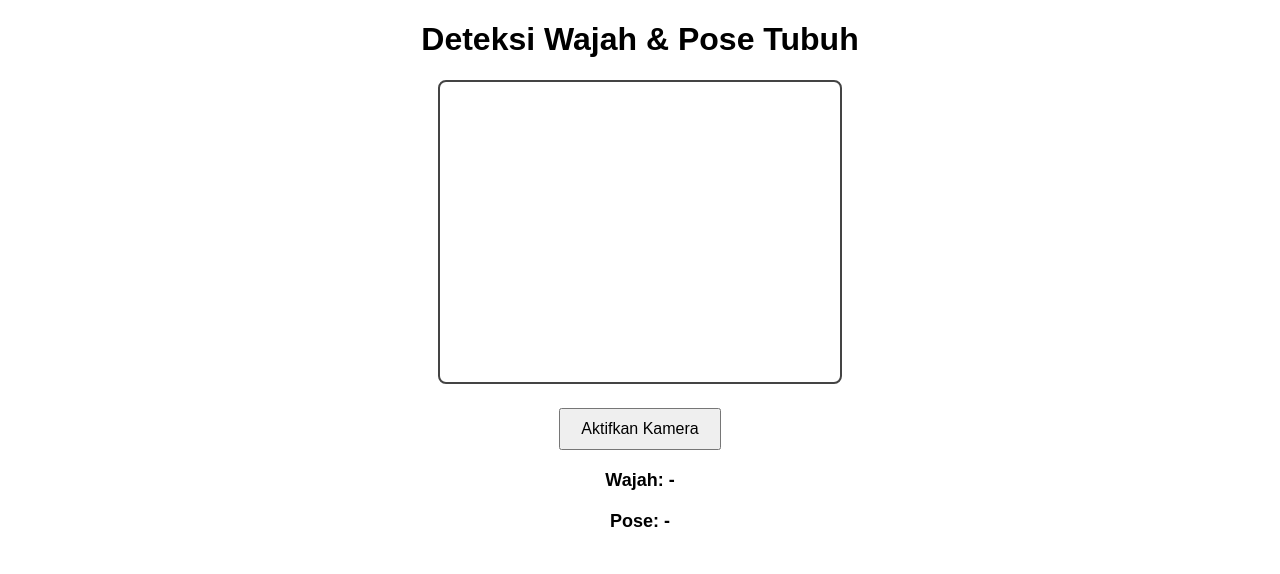
Repository: RalfyBawinto/working-teachable-machine
Page: index.html
The author's editor kept a copy of each file at every save. The page is drawn from the files as they stood at one save, then again after the next save.
The browser window is 1280 px wide. The pictures show the whole page.

Above is the page before, as saved 2025-04-21 22:00:48.

### index.html
<!DOCTYPE html>
<html lang="id">
  <head>
    <meta charset="UTF-8" />
    <title>Deteksi Wajah & Pose Tubuh</title>
    <style>
      body {
        font-family: Arial, sans-serif;
        text-align: center;
        margin-top: 20px;
      }
      video {
        border: 2px solid #444;
        border-radius: 8px;
        width: 400px;
        height: 300px;
      }
      .output {
        margin-top: 20px;
        font-size: 18px;
        font-weight: bold;
      }
      button {
        margin-top: 20px;
        padding: 10px 20px;
        font-size: 16px;
      }
    </style>
  </head>
  <body>
    <h1>Deteksi Wajah & Pose Tubuh</h1>
    <video id="webcam" autoplay playsinline muted></video>
    <br />
    <button onclick="startCamera()">Aktifkan Kamera</button>

    <div class="output" id="face-output">Wajah: -</div>
    <div class="output" id="pose-output">Pose: -</div>

    <!-- TensorFlow.js WAJIB untuk model pose -->
    <script src="https://cdn.jsdelivr.net/npm/@tensorflow/tfjs@3.9.0"></script>

    <!-- Teachable Machine Libraries -->
    <script src="https://cdn.jsdelivr.net/npm/@teachablemachine/image@0.8/dist/teachablemachine-image.min.js"></script>
    <script src="https://cdn.jsdelivr.net/npm/@teachablemachine/pose@0.8/dist/teachablemachine-pose.min.js"></script>

    <script>
      const faceModelURL =
        "https://teachablemachine.withgoogle.com/models/oTtv--EQC/";
      const poseModelURL =
        "https://teachablemachine.withgoogle.com/models/2yEqkW4kP/";

      let faceModel, poseModel, webcam;

      async function startCamera() {
        try {
          // Load models
          faceModel = await tmImage.load(
            faceModelURL + "model.json",
            faceModelURL + "metadata.json"
          );
          poseModel = await tmPose.load(
            poseModelURL + "model.json",
            poseModelURL + "metadata.json"
          );

          // Setup webcam
          const flip = true;
          webcam = new tmPose.Webcam(400, 300, flip);
          await webcam.setup();
          await webcam.play();
          document.getElementById("webcam").srcObject = webcam.webcam;
          window.requestAnimationFrame(loop);
        } catch (error) {
          alert("Gagal mengakses kamera atau model. Periksa izin kamera.");
          console.error(error);
        }
      }

      async function loop() {
        webcam.update();
        await predictFace();
        await predictPose();
        window.requestAnimationFrame(loop);
      }

      async function predictFace() {
        const prediction = await faceModel.predict(webcam.canvas);
        let result = prediction
          .map((p) => `${p.className}: ${(p.probability * 100).toFixed(1)}%`)
          .join(" | ");
        document.getElementById("face-output").innerText = "Wajah: " + result;
      }

      async function predictPose() {
        const { pose, posenetOutput } = await poseModel.estimatePose(
          webcam.canvas
        );
        const prediction = await poseModel.predict(posenetOutput);
        let highest = { className: "", probability: 0 };
        prediction.forEach((pred) => {
          if (pred.probability > highest.probability) {
            highest = pred;
          }
        });
        document.getElementById("pose-output").innerText = `Pose: ${
          highest.className
        } (${(highest.probability * 100).toFixed(1)}%)`;
      }
    </script>
  </body>
</html>

After the next save:
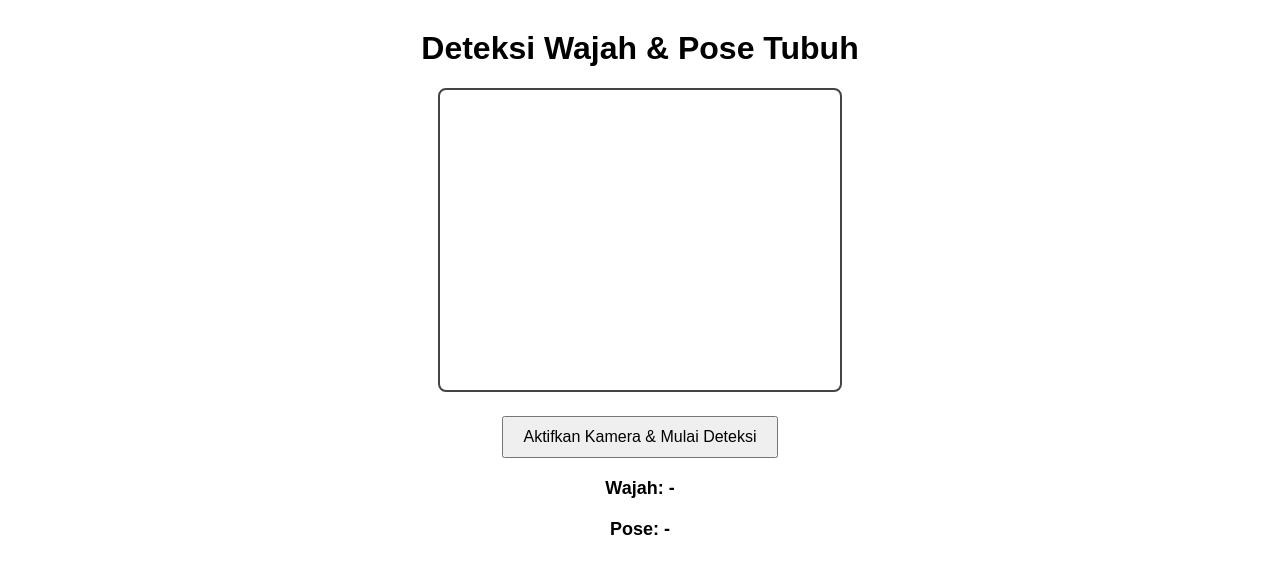
Saved 6 min 54 s later.
--- a/index.html
+++ b/index.html
@@ -7,7 +7,7 @@
       body {
         font-family: Arial, sans-serif;
         text-align: center;
-        margin-top: 20px;
+        margin-top: 30px;
       }
       video {
         border: 2px solid #444;
@@ -29,17 +29,18 @@
   </head>
   <body>
     <h1>Deteksi Wajah & Pose Tubuh</h1>
-    <video id="webcam" autoplay playsinline muted></video>
+    <video id="video" autoplay playsinline muted></video>
+    <canvas id="canvas" width="400" height="300" style="display: none"></canvas>
     <br />
-    <button onclick="startCamera()">Aktifkan Kamera</button>
+    <button onclick="start()">Aktifkan Kamera & Mulai Deteksi</button>
 
     <div class="output" id="face-output">Wajah: -</div>
     <div class="output" id="pose-output">Pose: -</div>
 
-    <!-- TensorFlow.js WAJIB untuk model pose -->
-    <script src="https://cdn.jsdelivr.net/npm/@tensorflow/tfjs@3.9.0"></script>
+    <!-- TensorFlow.js wajib -->
+    <script src="https://cdn.jsdelivr.net/npm/@tensorflow/tfjs@3.21.0/dist/tf.min.js"></script>
 
-    <!-- Teachable Machine Libraries -->
+    <!-- Teachable Machine -->
     <script src="https://cdn.jsdelivr.net/npm/@teachablemachine/image@0.8/dist/teachablemachine-image.min.js"></script>
     <script src="https://cdn.jsdelivr.net/npm/@teachablemachine/pose@0.8/dist/teachablemachine-pose.min.js"></script>
 
@@ -49,11 +50,21 @@
       const poseModelURL =
         "https://teachablemachine.withgoogle.com/models/2yEqkW4kP/";
 
-      let faceModel, poseModel, webcam;
+      let faceModel,
+        poseModel,
+        video,
+        canvas,
+        ctx,
+        maxFaceClasses,
+        maxPoseClasses;
 
-      async function startCamera() {
+      async function start() {
+        video = document.getElementById("video");
+        canvas = document.getElementById("canvas");
+        ctx = canvas.getContext("2d");
+
         try {
-          // Load models
+          // Load model wajah dan pose
           faceModel = await tmImage.load(
             faceModelURL + "model.json",
             faceModelURL + "metadata.json"
@@ -62,29 +73,34 @@
             poseModelURL + "model.json",
             poseModelURL + "metadata.json"
           );
+          maxFaceClasses = faceModel.getTotalClasses();
+          maxPoseClasses = poseModel.getTotalClasses();
 
           // Setup webcam
-          const flip = true;
-          webcam = new tmPose.Webcam(400, 300, flip);
-          await webcam.setup();
-          await webcam.play();
-          document.getElementById("webcam").srcObject = webcam.webcam;
-          window.requestAnimationFrame(loop);
-        } catch (error) {
-          alert("Gagal mengakses kamera atau model. Periksa izin kamera.");
-          console.error(error);
+          const stream = await navigator.mediaDevices.getUserMedia({
+            video: true,
+          });
+          video.srcObject = stream;
+
+          video.onloadedmetadata = () => {
+            video.play();
+            requestAnimationFrame(loop);
+          };
+        } catch (err) {
+          alert("Gagal mengakses kamera atau model.");
+          console.error("Error:", err);
         }
       }
 
       async function loop() {
-        webcam.update();
+        ctx.drawImage(video, 0, 0, canvas.width, canvas.height);
         await predictFace();
         await predictPose();
-        window.requestAnimationFrame(loop);
+        requestAnimationFrame(loop);
       }
 
       async function predictFace() {
-        const prediction = await faceModel.predict(webcam.canvas);
+        const prediction = await faceModel.predict(canvas);
         let result = prediction
           .map((p) => `${p.className}: ${(p.probability * 100).toFixed(1)}%`)
           .join(" | ");
@@ -92,9 +108,7 @@
       }
 
       async function predictPose() {
-        const { pose, posenetOutput } = await poseModel.estimatePose(
-          webcam.canvas
-        );
+        const { pose, posenetOutput } = await poseModel.estimatePose(canvas);
         const prediction = await poseModel.predict(posenetOutput);
         let highest = { className: "", probability: 0 };
         prediction.forEach((pred) => {
